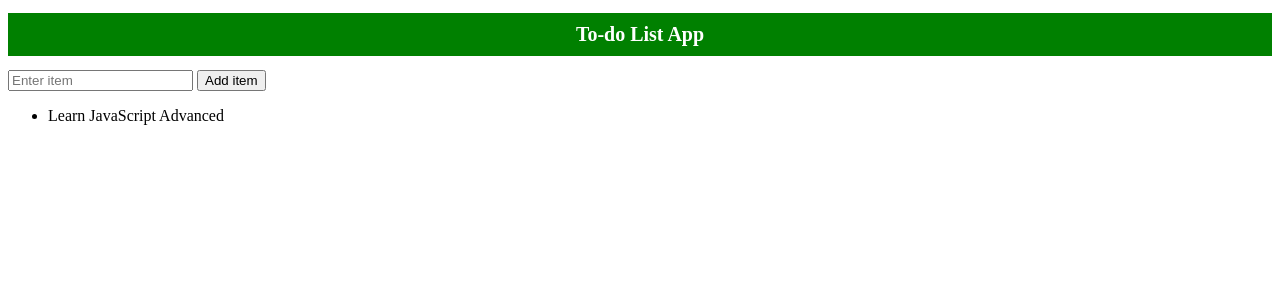
Repository: binhphanbp/WEB2064_JavaScript-Advanced_WD20305
Page: lesson4/lesson4.html
An editor plug-in stored every save of this project. The page is shown before and after the next save, followed by the edit.
The browser window is 1280 px wide. The pictures show the whole page.

Above is the page before, as saved 2025-09-22 13:45:04.

After the next save:
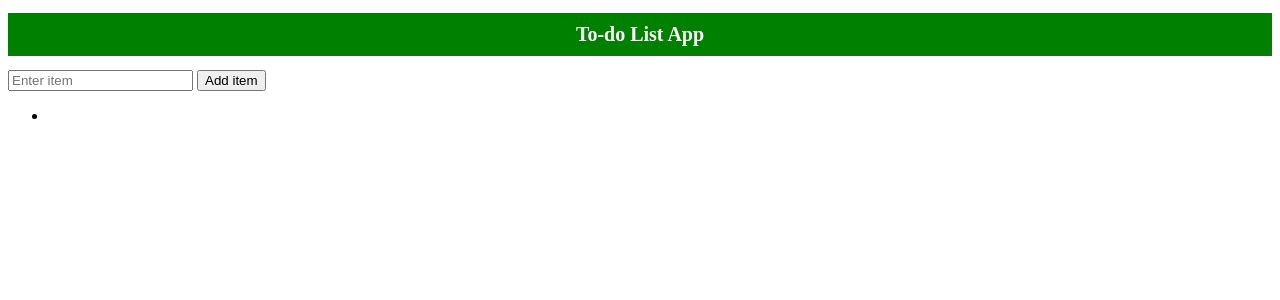
Saved 7 s later.
--- a/lesson4/lesson4.html
+++ b/lesson4/lesson4.html
@@ -44,7 +44,7 @@
 
       // 4. Thêm một phần tử mới bằng createElement
       const liTag = document.createElement('li');
-      liTag.innerText = 'Learn JavaScript Advanced';
+      // liTag.innerText = 'Learn JavaScript Advanced';
       ulTag.appendChild(liTag);
 
       // 5. Thêm phần tử bằng HTML
